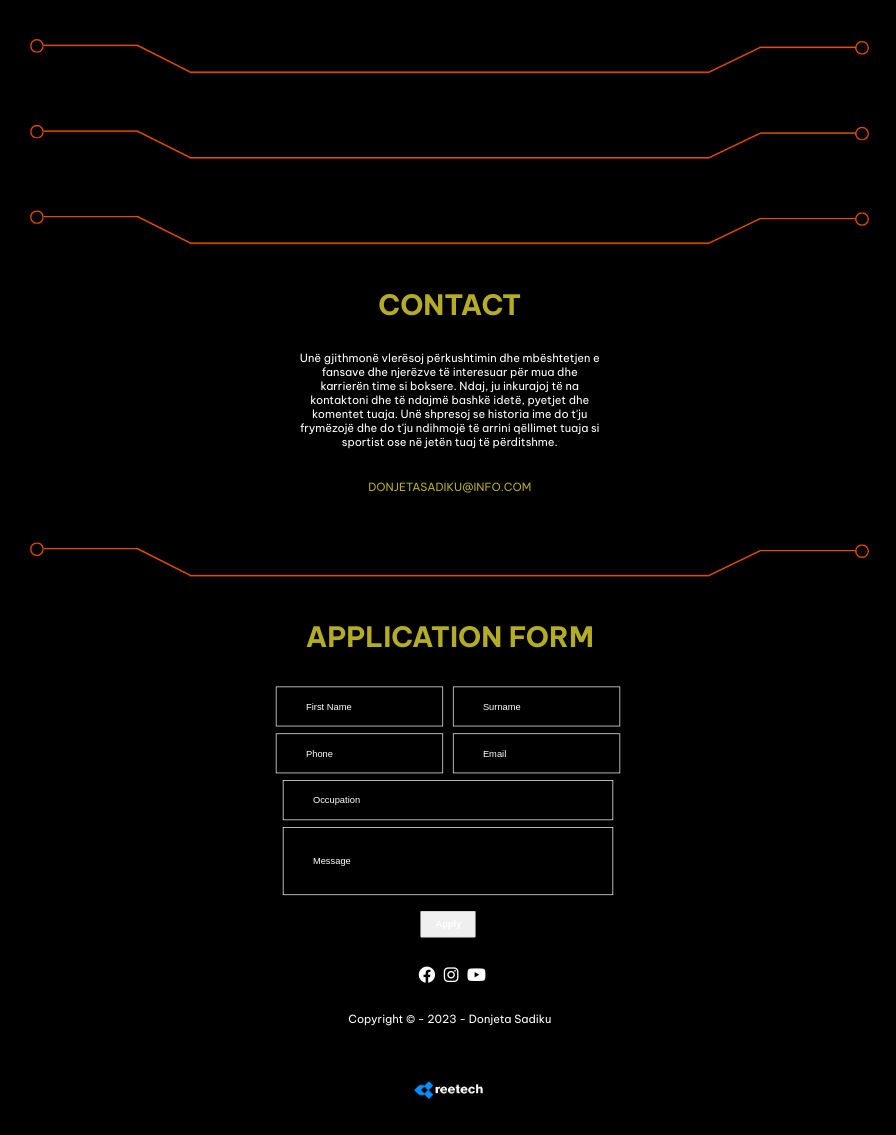
Repository: milot-morina/ds-boxing
Page: DS-Portfolio/index.html
These files come from the project's save history. The page is drawn as it stood at one moment and after the next save; the edit follows.
The browser window is 1280 px wide. The pictures show the part of the page from y = 2594 to 4514 px (the page is 4216 px tall before and 4778 px after), at 70% of full size.
A picture or video elsewhere on the page could not be fetched, so the positions and the page height are approximate.

Above is the page before, as saved 2023-03-21 11:38:42.

### DS-Portfolio/index.html
<!DOCTYPE html>
<html lang="en">
<head>
  <meta charset="UTF-8">
  <meta http-equiv="X-UA-Compatible" content="IE=edge">
  <meta name="viewport" content="width=device-width, initial-scale=1.0">
  <title>Donjeta Sadiku</title>
  <link rel="stylesheet" href="style.css">
  <link rel="stylesheet" href="https://cdnjs.cloudflare.com/ajax/libs/font-awesome/6.0.0-beta2/css/all.min.css" integrity="sha512-YWzhKL2whUzgiheMoBFwW8CKV4qpHQAEuvilg9FAn5VJUDwKZZxkJNuGM4XkWuk94WCrrwslk8yWNGmY1EduTA==" crossorigin="anonymous" referrerpolicy="no-referrer" />
  <link rel="icon" href="logofinal.png" type="image/icon type" style="width: 100%;">
  <link href="https://fonts.googleapis.com/css2?family=Be+Vietnam+Pro:wght@400;500;700&display=swap" rel="stylesheet">
</head>
<body>

  <section class="section1" id="home">
    <video muted autoplay loop style="pointer-events: none;">
      <source src="DS-Glitch.mp4" type="video/mp4">
    </video>
    <header class="hidden3">
      <div class="container">
        <nav class="navbar">
          <div class="brand-title">
            <img src="unitetiLogoFinal.png" alt="" width="130px">
          </div>
          <a href="#" class="toggle-button">
            <span class="bar"></span>
            <span class="bar"></span>
            <span class="bar"></span>
          </a>
          <div class="navbar-links">
            <ul>
              <li><a href="#home" class="home-btn">HOME</a></li>
              <li><a href="#club" class="header-club">CLUB</a></li>
              <li><a href="#contact" class="header-link a">CONTACT</a></li>
              <li><a href="#form" class="header-link a">FORM</a></li>
            </ul>
            <div class="socials">
            <i class="fa-brands fa-facebook"><a href="https://www.youtube.com/watch?v=dQw4w9WgXcQ"></a></i>
            <i class="fa-brands fa-instagram"></i>
            <i class="fa-brands fa-youtube"></i>
            <i class="fa-brands fa-app-store-ios"></i>
          </div>
          </div>

        </nav>
      </div>
    </header>
  </section>


  <img src="separator2.png" alt="" width="100%" style="margin-top: 40px;" class="first-seperator">


  <section class="section2 container row" id="club">

    <div class="images hidden2">
      <img src="handsUp.jpg" alt="">
    </div>
    <div class="text hidden">
      <p class="section-h hidden3">HISTORIA SHKRUHET!</p>
      <p class="section2-p hidden3">Nuk ka fjalë për t'u shprehur se sa krenare isha për të përfaqësuar vendin tim në skenën dhe për të marrë medalje ne kete nivel. Ishte një ndjenjë e mrekullueshme të përfaqësosh vendin tënd dhe të ndjehesh si një ambasador i saj në arenën nderkombetare.</p>
      <p class="section2-p hidden3">Në çdo moment të kësaj përvojeje, isha e mbuluar nga emocionet për rëndësinë që kjo ngjarje kishte për popullin tim dhe për boksierët shqiptarë. Nuk ishte thjesht një fitore personale, por ishte një fitore që përfaqësoi përparimin e boksi shqiptar dhe mundësinë e një të ardhme të ndritshme për sportin në vendin tonë.</p>
      <p class="section2-p hidden3">Kur mora medaljen olimpike, ndjeva një ndjenjë të thellë krenarie dhe një ndjesi të vërtetë prej triumfi. Ishte si të isha i gjithë vendlindja ime, duke festuar këtë arritje të madhe me mua. Nuk mund të mendoja për ndonjë gjë më të rëndësishme në atë moment, dhe do të mbaj gjithmonë këtë kujtim në zemrën time.</p>

    </div>

  </section>

  <img src="separator2.png" alt="" width="100%" style="margin-top: 30px;">


  <section class="section3 container">
    <p class="section-h">MEDALJET FLASIN VET!</p>
   <div class="row">
    <div class="text hidden2">
      <p>Viti me i suksesshem ne karrieren time . Solla dy medalje nje evropiane e një botërore. Dëshmova që une Donjeta Sadiku nuk dorërzohem asnjëher përkundrazi nuk kam dyshuar asnjëherë në veten time, mirpo tani po ndihem e kompletuar nën udhëheqjen e trajneres time Marjola Sallauka .</p>
      <p>Tash e tutje luftoj vetëm për medalje Olimpike. Unë besoj në vetën time dhe ju premtoj që me përkrahjen tuaj unë do ti realizoj këto synime . Faleminderit për përkrahje familjes time, Federatës së Boksit. Faleminderit trajnerës Marjola Sallauka për mjeshtërinë që tregon me punën e saj.</p>
    </div>
    <div class="images hidden">
      <img src="DplusMar.jpg" alt="" style="max-width: 640px;">
    </div>
   </div>

  </section>








  <img src="separator2.png" alt="" width="100%" style="margin-top: 30px;">




  <section class="section4 container" id="nft">
    <p class="section-h hidden3">HOLD THE VISION, TRUST THE PROCESS</p>
    <div class="row">
      <div class="text hidden2" style="text-align: left">
        <p>Unë jam Donjeta Sadiku, një boksere shqiptare që i kam kushtuar jetën sportit, e rritur në Prishtinë, Kosovë,
        </p>
        <p>Që nga një moshë e re, e dija se dëshiroja të bëhesha një boksere.Pavarësisht sfidave të shumta në rrugën time, nuk u dorëzova kurrë nga ëndrra ime.
        </p>
        <p>Me ndihmën e trajneres sime të përkushtuar, arrita të tejkalova edhe pengesat më të vështira qe të bëhesha një nga boksieret kryesore të femrave në Kosovë.</p>
      </div>
      <div class="hidden3">
        <div class="column">
          <img src="profilePic.png" alt="" style="width: 300px;">
          <!-- <img src="shadow.png" alt="" style="width: 300px;"> -->
        </div>
      </div>
      <div class="text hidden">
        <p>Punë e palodhshme dhe përkushtimi im iu kthye në mënyrë të mire kur përfaqësova vendin tim në Lojërat Olimpike të vitit 2020 në Tokyo, Japoni, duke fituar medaljen e parë të vendit tim në boksin e femrave.</p>
        <p>Pavarësisht konkurrencës së fortë nga disa nga boksieret më të mira të botës, luftova me të gjithë zemrën dhe shpirtin tim, duke fituar medaljen e parë të vendit tim në boksin e femrave.
        </p>
        <p>
          Mundohem te jem një shembull për gratë dhe vajzat kudo, duke treguar punë të palodhshme dhe përkushtim dhe vendosmeri, çdo gjë është e mundur.
        </p>
      </div>
    </div>

  </section>

  <img src="separator2.png" alt="" width="100%" style="margin-top: 30px;">
  <img src="separator2.png" alt="" width="100%" style="margin-top: 30px;">
  <!-- ktu section i ri -->





  <!-- perfunduon -->
  <img src="separator2.png" alt="" width="100%" style="margin-top: 30px;">

  <section class="section5 container" id="contact">
    <div class="text">
      <p class="section-h">CONTACT</p>
      <p>Unë gjithmonë vlerësoj përkushtimin dhe mbështetjen e fansave dhe njerëzve të interesuar për mua dhe karrierën time si boksere. Ndaj, ju inkurajoj të na kontaktoni dhe të ndajmë bashkë idetë, pyetjet dhe komentet tuaja. Unë shpresoj se historia ime do t'ju frymëzojë dhe do t'ju ndihmojë të arrini qëllimet tuaja si sportist ose në jetën tuaj të përditshme.</p>
      <p style="color: #B4AC25; margin-top: 45px;">DONJETASADIKU@INFO.COM</p>
    </div>
  </section>






 <img src="separator2.png" alt="" width="100%" style="margin-top: 30px;">

  <section class="section6 container" id="form">
    <div class="text">
      <p class="section-h">APPLICATION FORM</p>
    </div>
    <form action="#">
      <div class="form-row">
        <input type="text" placeholder="First Name">
        <input type="text"placeholder="Surname">
      </div>
      <div class="form-row">
        <input type="text" placeholder="Phone">
        <input type="email" placeholder="Email">
      </div>
      <div class="long-inputs-form">
        <input type="text" placeholder="Occupation"><br>
        <input type="text" placeholder="Message" style="padding-block: 40px;">
      </div>
    </form>
    <button class="home-btn">Apply</button>
    <div class="socials" style="margin-block: 40px;">
      <a href="https://www.facebook.com/your-page"><i class="fa-brands fa-facebook"></i></a>
      <a href="https://www.instagram.com/donjetasadikuofficial/"><i class="fa-brands fa-instagram"></i></a>
      <a href="https://www.youtube.com/channel/your-channel"><i class="fa-brands fa-youtube"></i></a>
      <!-- <a href="https://apps.apple.com/your-app"><i class="fa-brands fa-app-store-ios"></i></a> -->
    </div>


    <div class="text" style="margin-bottom: 40px;">
      <p>Copyright © - 2023 - Donjeta Sadiku </p>
    </div>


    <div style="background-color: rgba(0, 0, 0, 0.2); display: flex; justify-content: center; align-items: center;">
      <a class="navbar-brand" href="https://www.reetech.ch/">
        <img src="reetech.png" width="185" height="105" class="d-inline-block align-top" alt="">
      </a>
    </div>

  </section>




  <script src="script.js"></script>
</body>
</html>

### DS-Portfolio/style.css
html {
  scroll-behavior: smooth;
  transition: 2s;
  overflow-x: hidden;
}

body {
  text-align: center;
  overflow-x: hidden;
  font-family: 'Be Vietnam Pro', sans-serif !important;
  background-color: black !important;
}

/* header----*/


/*  */



/* #Fun Facts
================================================================================= */




/*  */


header {
  background-color: transparent;
  width: 100%;
  position: absolute;
  top: 0;
  left: 0;

  z-index: 100;
}


.navbar {
  display: flex;
  flex-direction: column;
  justify-content: space-between;
  align-items: flex-start;
  color: black;
}



.navbar-links {
  width: 100%;
  display: none;
}

.navbar-links ul {
  margin: 0;
  padding: 0;
  display: flex;
  flex-direction: column;
  width: 100%;
  text-align: center;
}

.navbar-links li {
  list-style: none;
  font-size: 15px;

}

.navbar-links li a {
  text-decoration: none;
  color: white;

  display: block;
}


.toggle-button {
  position: absolute;
  top: .75rem;
  right: 1rem;
  display: flex;
  flex-direction: column;
  justify-content: space-between;
  width: 31px;
  height: 21px;
}

.bar {
  width: 100%;
  height: 3px;
  background-color: white;
  border-radius: 10px;
}

.navbar-links.active {
  display: flex;
  flex-direction: column;
  background-color: transparent;
}

i {
  color: white;
}

i:hover {
  color: #B4AC25;
  cursor: pointer;
}



video {
  width: 100%;
  position: relative;
  height: auto;
  pointer-events: none;
  display: none;
}



.socials {
  width: 47%;
  display: block;
  margin: 5px auto;
  text-align: center;
}

i {
  margin-left: 12px;
  font-size: 24px;
}


.header-club {
  color: white;
  padding-inline: 10px;
  margin-top: 5px;
  max-width: 80px;
  display: block;
  margin-inline: auto;
  font-weight: 700;
}


.header-club:hover {
  color: white;
  border-color: #B4AC25;

}

.home-btn {
  color: white;
  padding-inline: 10px;
  margin-top: 5px;
  max-width: 80px;
  display: block;
  margin-inline: auto;
  font-weight: 700;
}

.home-btn:hover {
  color: white;
  border-color: white;
  background-color: transparent;
  cursor: pointer;
}


.header-link {
  color: white;
  padding-inline: 10px;
  margin-top: 5px;
  max-width: 80px;
  display: block;
  margin-inline: auto;
  font-weight: 700;
}

.header-link:hover {
  color: #B4AC25;
}

a {
  position: relative;
}

a::after {
  content: " ";
  position: absolute;
  background-color: #B4AC25;
  height: 3px;
  width: 0;
  left: 0;
  bottom: -10px;
  transition: 0.3s;
}

a:hover::after {
  width: 100%;
}





/*---------------header-----------*/




/*---------------------- collapsible table ------------------------*/

.main-collapsible {
  background-color: transparent;
  color: black;
  width: 100%;
  margin-inline: auto;
  margin-block: 120px 40px;
}



.container-collapsible {
  width: 100%;
  margin: 0 auto;
  display: flex;
  flex-direction: column;
  align-items: center;
}


hr {
  background-color: white;
  width: 90%;
  display: block;
  margin-inline: auto;
}



.collapsible-button {
  background-color: rgb(24, 24, 24);
  color: gray;
  cursor: pointer;
  padding: 5px;
  width: 93%;
  border-bottom: 1px solid white;
  display: flex;
  align-items: center;
  justify-content: space-between;
  text-align: left;
  outline: none;
  font-size: 15px;
  border: none;
}





.button-name-collapsible {
  color: white;
  text-align: left;
  outline: none;
  font-size: 16px;

}


.button-name-collapsible:hover {
  color: #B4AC25;
}



.collapsible-button:after {
  content: '\002B';
  color: white;
  font-weight: bold;
  float: right;
  margin-left: 5px;
  font-size: 24px;
}

.collapsible-button:hover::after{
  color: #B4AC25;
}

.active:after {
  content: "\2212";
}

.content {
  width: 93%;
  max-height: 0;
  overflow: hidden;
  transition: max-height 0.2s ease-out;
  background-color:  rgb(24, 24, 24);
  color: white;
  margin-bottom: 10px;
}

/*---------------------- collapsible table ------------------------*/



/*----------animations------------*/

.hidden {
  opacity: 0;
  filter: blur(2px);
  transform: translateX(60%);
  transition: all 700ms;
}


.hidden2 {
  opacity: 0;
  filter: blur(2px);
  transform: translateX(-60%);
  transition: all 700ms;
}

.hidden3 {
  opacity: 0;
  filter: blur(2px);
  transform: translateY(-5%);
  transition: all .7s;
}



.show {
  opacity: 1;
  filter: blur(0);
  transform: translateX(0);
}


@media(prefers-reduced-motion) {
  .hidden {
    transition: none;
  }
}

/*--------------animations------------------*/


/*---------main---------------*/

body {
  background-color: black;

}


.container {
  width: 90%;
  margin: 0 auto;
}



.first-seperator {
  display: none;
}

@media(min-width: 687px) and (max-width: 900px) {
  .column {
    display: flex;
    flex-direction: column;
    width: 100%;
    margin-left: 28%;
  }
}


.row2 {
  display: flex;
  align-items: center;
  justify-content: space-between;
}

.section2 {
  margin-top: 70px;
}

.section2 img {
  width: 80%;
  max-width: 500px;
  display: block;
  margin-inline: auto;
}

.text {
  color: white;
  max-width: 440px;
  display: block;
  margin-inline: auto;
}

.text p {
  font-weight: 400;
  margin-left: 5px;
}

.text .section-h,
.section-h {
  font-size: clamp(2.15rem, 2.5rem, 3.2rem);
  color: #B4AC25;
  font-weight: 700;
}

.images img {
  max-width: 550px;
  width: 100%;
}

.section3 .images img {
  width: 100%;
}


input {
  background-color: transparent;
  color: white;
  border: 1px solid white;
  padding: 20px 30px;
  margin: 5px;
  max-width: 410px;
}

input::placeholder {
  color: white;
  padding: 12px;
}

.long-inputs-form > input{
  width: 170px;
}

.section6 button{
  margin-top: 17px;
  padding: 10px 20px;
}

.section6 .socials{
  justify-content: center;
}



@media (min-width: 555px) {
  video {
    display: block;
  }

  .long-inputs-form > input{
    width: 470px;
  }

}


@media(min-width: 865px) {


  .toggle-button {
    display: none;
  }

  .navbar {
    flex-direction: row;
    align-items: center;
    justify-content: space-between;
  }

  .navbar-links  {
    display: flex;
    width: 100%;
    align-items: center;
  }

  .navbar-links ul {
    flex-direction: row;
    justify-content: center;
  }

  .navbar-links.active {
    flex-direction: row;
  }

  .socials {
    width: 6%;
    display: flex;
    justify-content: right;
  }

  .header-club {
    margin-left: 14px;
  }

}





@media (min-width: 900px) {
  .row {
    display: flex;
    justify-content: space-between;
    align-items: center;
  }

  .div {
    display: flex;
    justify-content: space-between;
    align-items: center;
    width: 100%;
    margin: 0 auto;
  }


  .long-inputs-form > input{
    width: 470px;
  }

}







/*---------------main-------------*/

### DS-Portfolio/script.js
const toggleButton = document.getElementsByClassName('toggle-button')[0]
const navbarLinks = document.getElementsByClassName('navbar-links')[0]

toggleButton.addEventListener('click', () => {
  navbarLinks.classList.toggle('active')
})

//


//




const observer = new IntersectionObserver((entries) => {
  entries.forEach((entry) => {
    console.log(entry)
    if (entry.isIntersecting) {
      entry.target.classList.add('show')
    } else {
      entry.target.classList.remove('show')
    }
  })
})

const hiddenElements = document.querySelectorAll('.hidden')
const hiddenElements2 = document.querySelectorAll('.hidden2')
const hiddenElements3 = document.querySelectorAll('.hidden3')
hiddenElements.forEach((el) => observer.observe(el))
hiddenElements2.forEach((el) => observer.observe(el))
hiddenElements3.forEach((el) => observer.observe(el))






//collapbsibleTable
let coll = document.getElementsByClassName("collapsible-button");
let i;

for (i = 0; i < coll.length; i++) {
  coll[i].addEventListener("click", function() {
    this.classList.toggle("active");
    let content = this.nextElementSibling;
    if (content.style.maxHeight){
      content.style.maxHeight = null;
    } else {
      content.style.maxHeight = content.scrollHeight + "px";
    }
  });
}

After the next save:
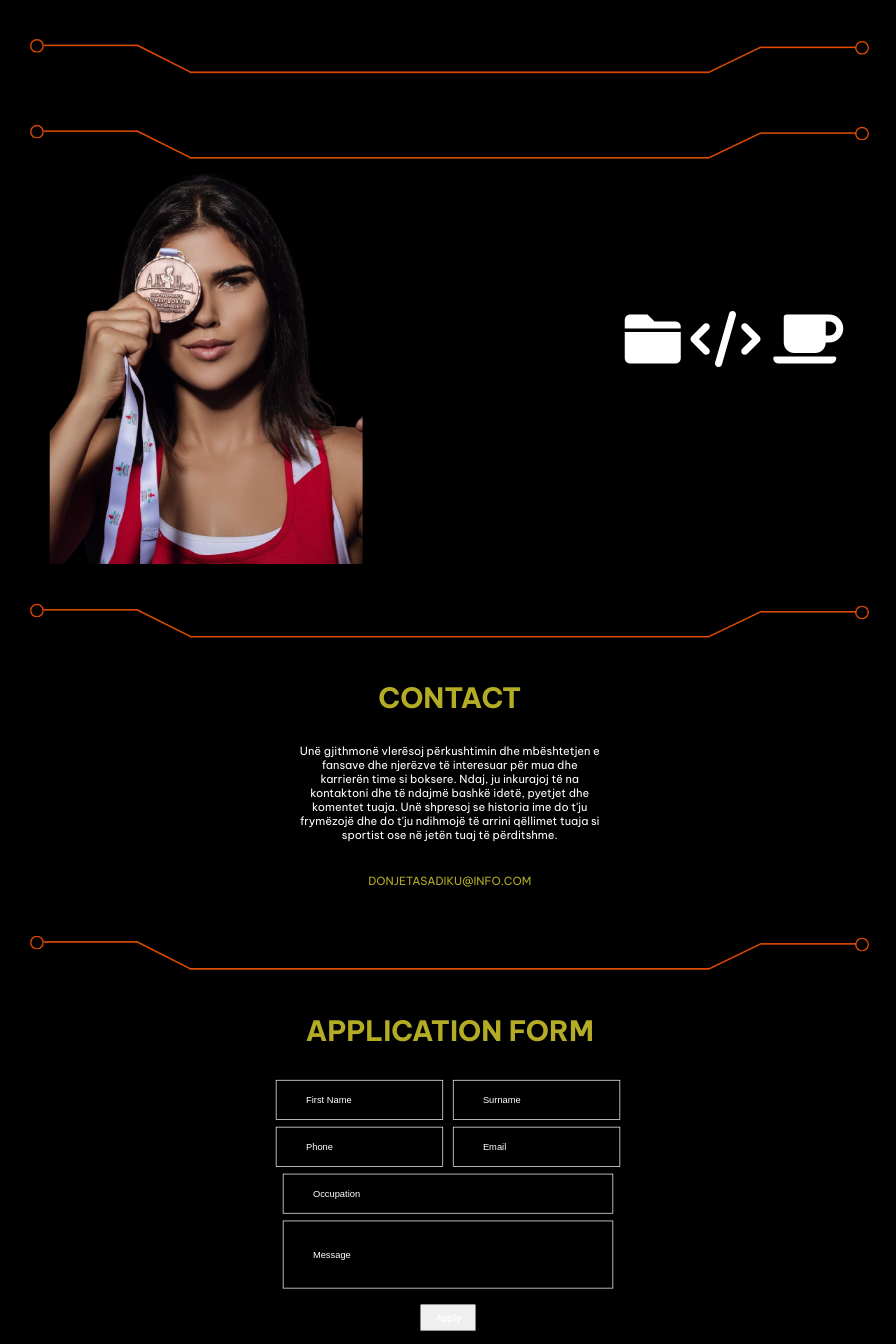
Saved 11 s later.
--- a/DS-Portfolio/index.html
+++ b/DS-Portfolio/index.html
@@ -127,6 +127,35 @@
   <img src="separator2.png" alt="" width="100%" style="margin-top: 30px;">
   <!-- ktu section i ri -->
 
+  <section class="fun-facts text-center">
+    <div class="container">
+      <div class="row align-items-center">
+        <div class="col-md-6">
+          <img src="medalje-removebg-preview.png" alt="Your image description">
+        </div>
+        <div class="col-md-6 d-flex justify-content-end">
+          <div class="row">
+            <div class="col-md-4">
+              <i class="fa fa-folder fa-5x"></i>
+              <p class="number">20+</p>
+              <p>Projects</p>
+            </div>
+            <div class="col-md-4">
+              <i class="fa fa-code fa-5x"></i>
+              <p class="number">200,000,000+</p>
+              <p>Lines Of Code</p>
+            </div>
+            <div class="col-md-4">
+              <i class="fa fa-coffee fa-5x"></i>
+              <p class="number">200+</p>
+              <p>Cups Of Coffee</p>
+            </div>
+          </div>
+        </div>
+      </div>
+    </div>
+  </section>
+
 
 
 
